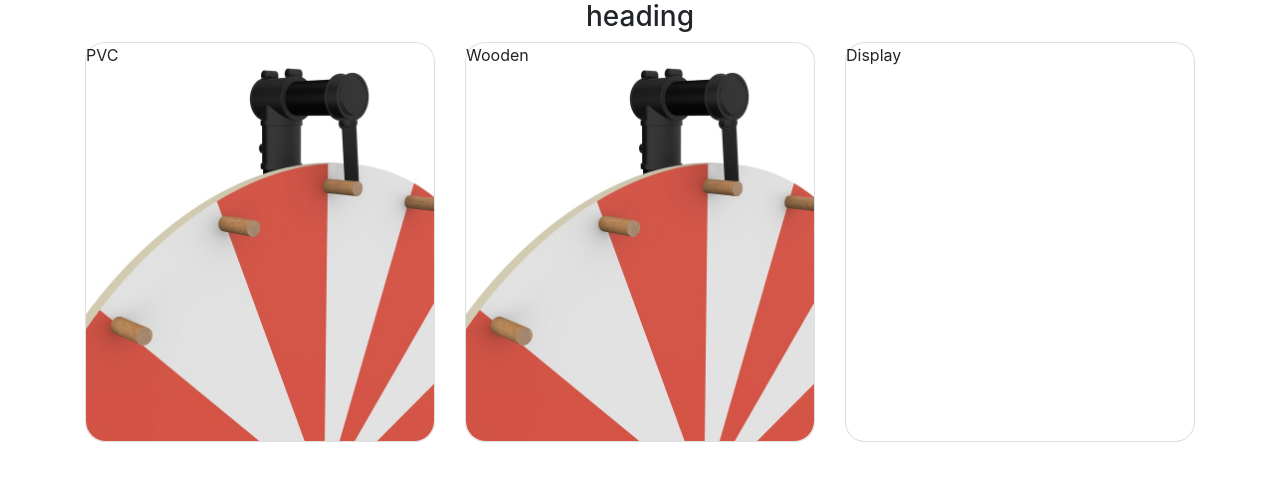
Repository: Awaisp-irfan/fahad-project
Page: index.html
These files come from the project's save history. The page is drawn as it stood at one moment and after the next save; the edit follows.
The browser window is 1280 px wide. The pictures show the whole page.

Above is the page before, as saved 2022-06-30 07:02:53.

After the next save:
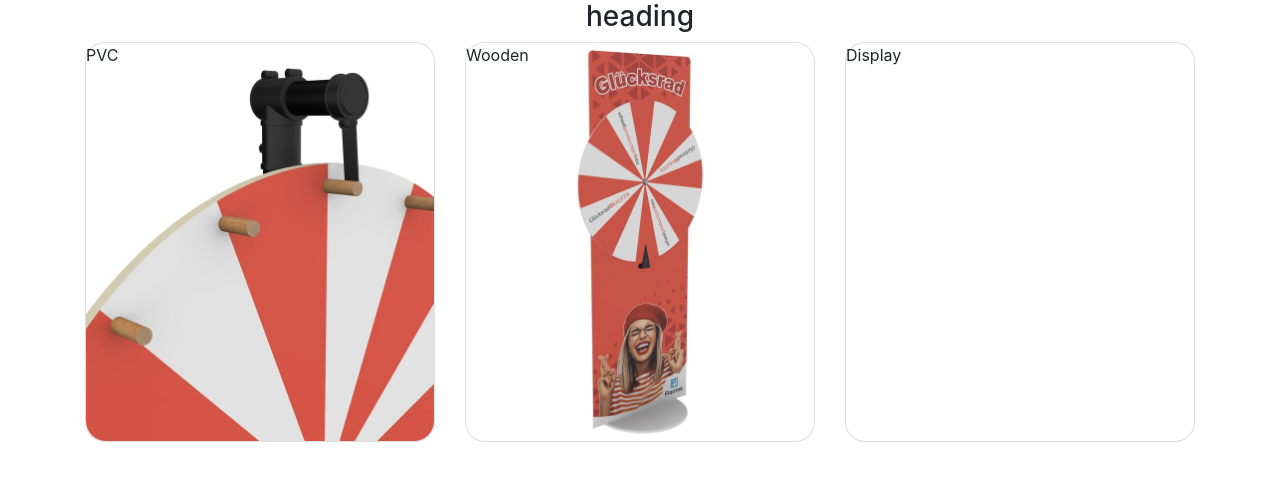
Saved 39 s later.
--- a/style.css
+++ b/style.css
@@ -20,3 +20,12 @@
     height: 100%;
     border-radius: 20px;
 }
+
+.wooden{
+    background-image: url(./assests/display.jpg);
+    background-size: cover;
+    background-position: center;
+    background-repeat: no-repeat;
+    height: 100%;
+    border-radius: 20px;
+}
